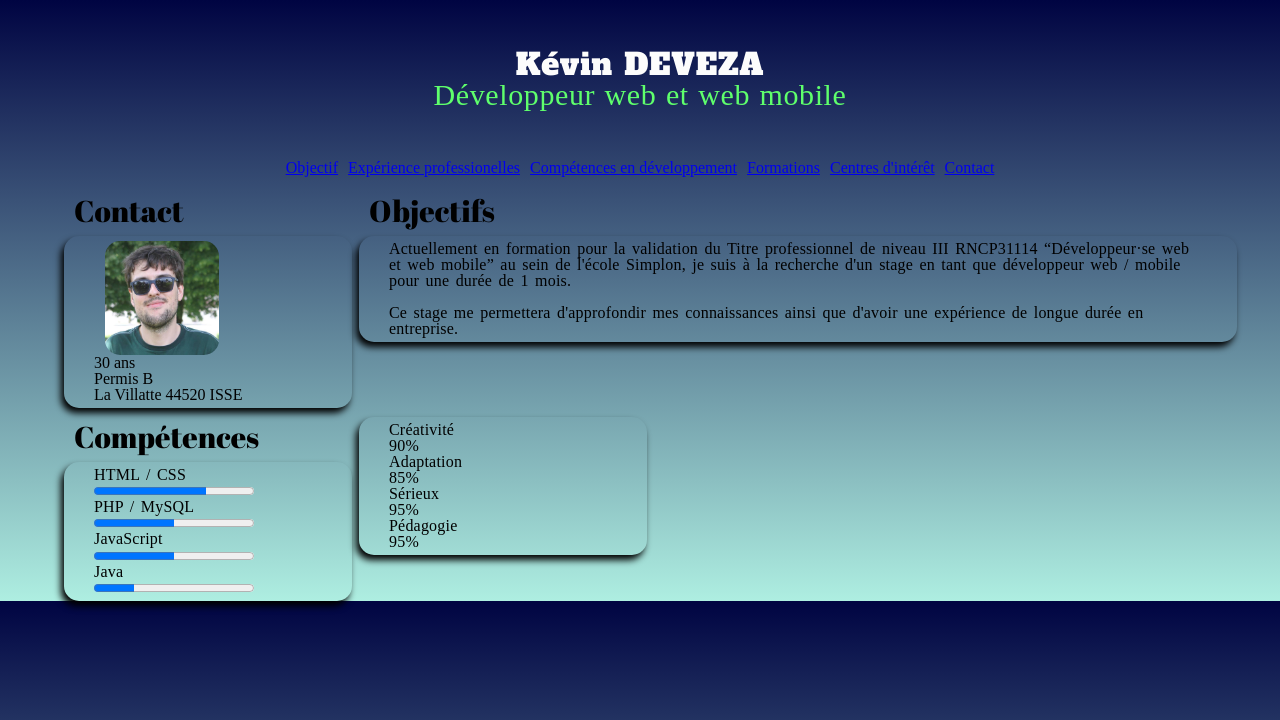
Repository: KevinDvZ/kevindvz.github.io
Page: index.html
The author's editor kept a copy of each file at every save. The page is drawn from the files as they stood at one save, then again after the next save.
The browser window is 1280 px wide. The pictures show the whole page.

Above is the page before, as saved 2020-10-28 10:47:33.

After the next save:
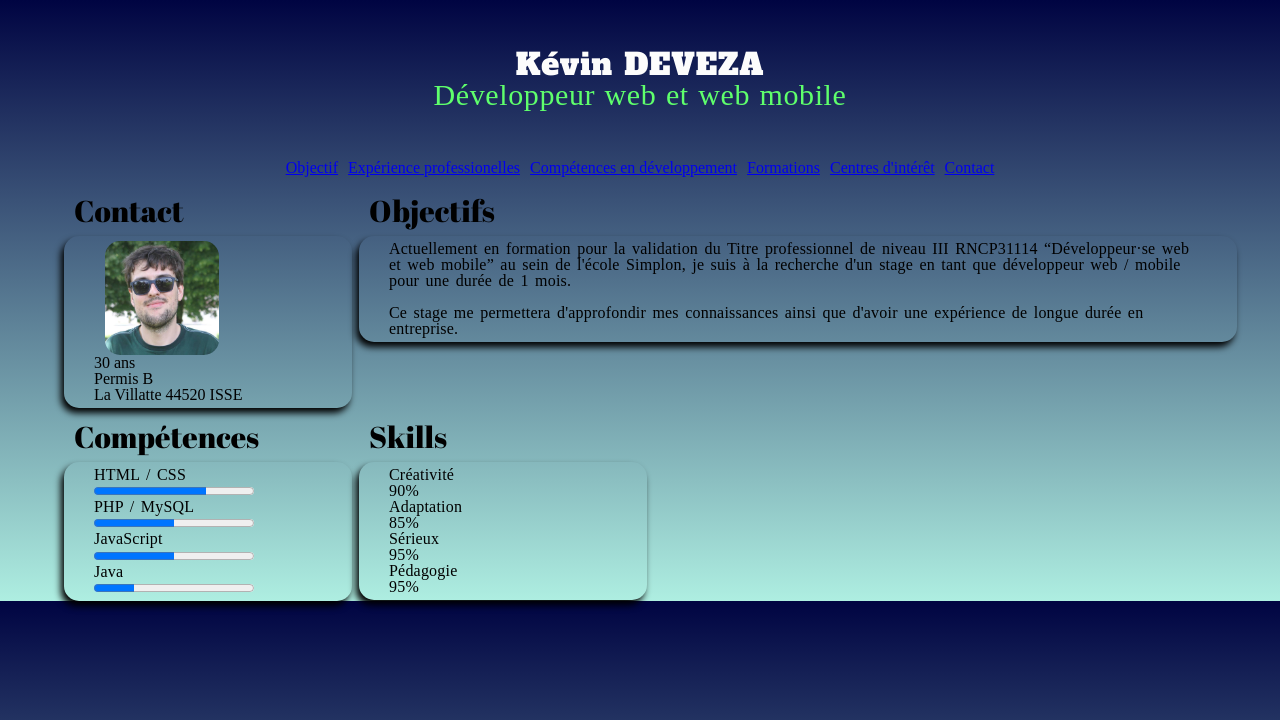
Saved 34 s later.
--- a/index.html
+++ b/index.html
@@ -67,7 +67,9 @@
 </div>
     </div>
 <div id="cadre-competences">
-    <div class="cadre">                    <p>Créativité</p>
+    <h2 class="entete">Skills</h2>
+    <div class="cadre">
+        <p>Créativité</p>
         <p>90%</p>
         <p>Adaptation</p>
         <p>85%</p>
